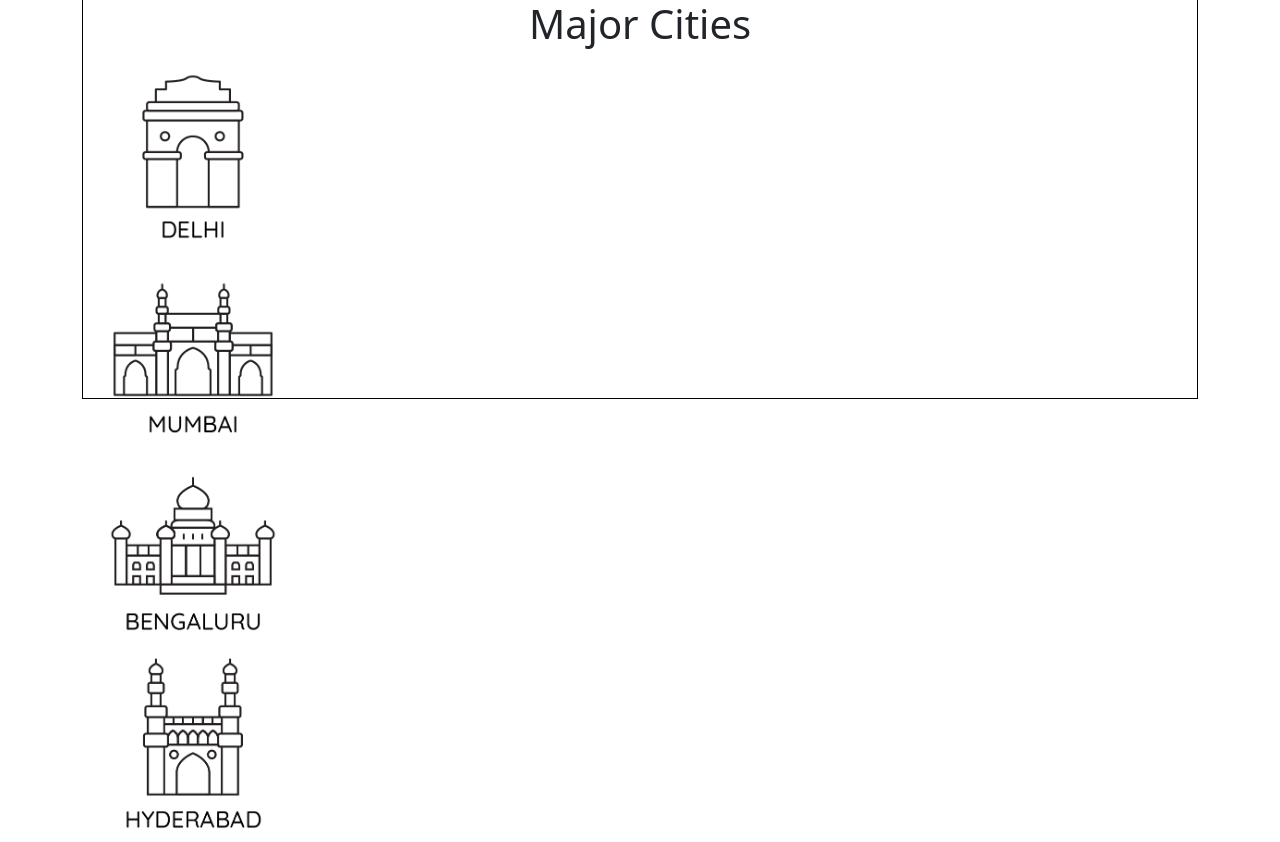
Repository: AishwaryaPandey987/PGLife
Page: home.html
These files come from the project's save history. The page is drawn as it stood at one moment and after the next save; the edit follows.
The browser window is 1280 px wide. The pictures show the part of the page from y = 451 to 1293 px (the page is 1293 px tall before and 850 px after).

Above is the page before, as saved 2022-10-29 22:00:47.

After the next save:
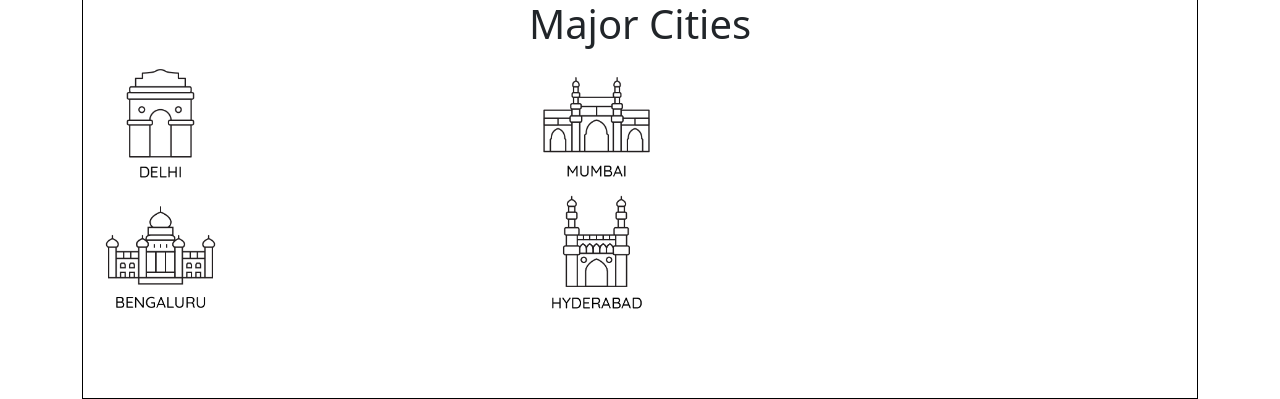
Saved 2 min 41 s later.
--- a/css/style.css
+++ b/css/style.css
@@ -40,7 +40,9 @@ h1{
 .city{
 
   height: fit-content;
-  width: 60%;
+  width: 40%;
+  padding: 0px;
+  margin: 0px;
 
 
 
